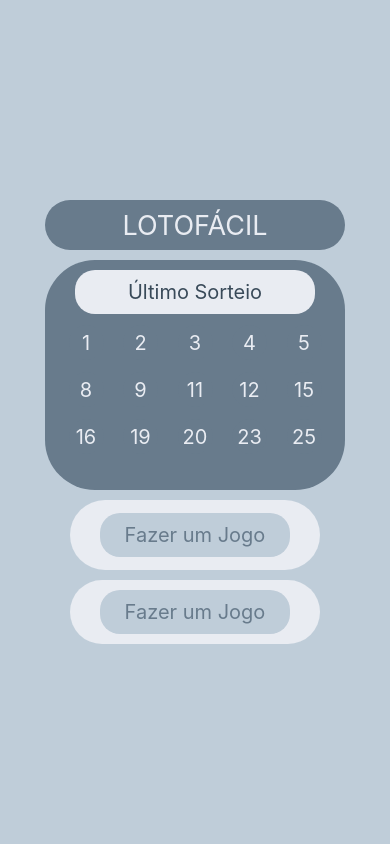
Repository: Deyvid-Kasteh/LotofacilApp
Screen: /
These files come from the project's save history. The screen is drawn as it stood at one moment and after the next save; the edit follows.
The app was drawn by React Native's web renderer in a window 390 px wide. The project was rebuilt for these pictures with package versions that can differ from the ones it lists, and the page was loaded fresh each time. Also part of the build but not shown: paginaTESTE.js.

Above is the screen before, as saved 2023-11-27 07:04:13.

After the next save:
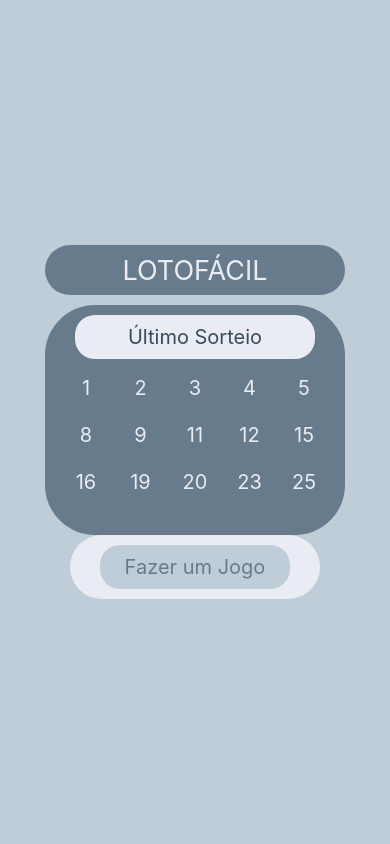
Saved 51 s later.
--- a/components/Resultado.js
+++ b/components/Resultado.js
@@ -134,55 +134,7 @@
           ))}
         </View>
       </View>
-      <View
-        style={[
-          {
-            height: 70,
-            // padding: 10,
-            borderRadius: 50,
-            marginTop: 10,
-            alignContent: "center",
-            justifyContent: "center",
-            justifyContent: "space-around",
-            alignItems: "center",
-            elevation: 2,
-            marginBottom: 10,
-            marginBottom: 10,
-
-            backgroundColor: "#E9ECF2",
-            // backgroundColor: "#687B8C",
-          },
-          viewHeight === 50
-            ? { width: 250, backgroundColor: "#E9ECF2" }
-            : { width: 300, backgroundColor: "#687B8C" },
-        ]}
-      >
-        <TouchableOpacity
-          style={[
-            {
-              elevation: 2,
-              alignContent: "center",
-              justifyContent: "center",
-              alignItems: "center",
-              padding: 10,
-              borderRadius: 20,
-            },
-            viewHeight === 50
-              ? { width: 190, backgroundColor: "#BFCDD9" }
-              : { width: 240, backgroundColor: "#E9ECF2" },
-          ]}
-          onPress={() => changeStyle()}
-        >
-          <Text
-            style={{
-              color: "#687B8C",
-              fontSize: 20,
-            }}
-          >
-            Fazer um Jogo
-          </Text>
-        </TouchableOpacity>
-      </View>
+
 
       {/* SEPARAÇÃO */}
       {/* SEPARAÇÃO */}
